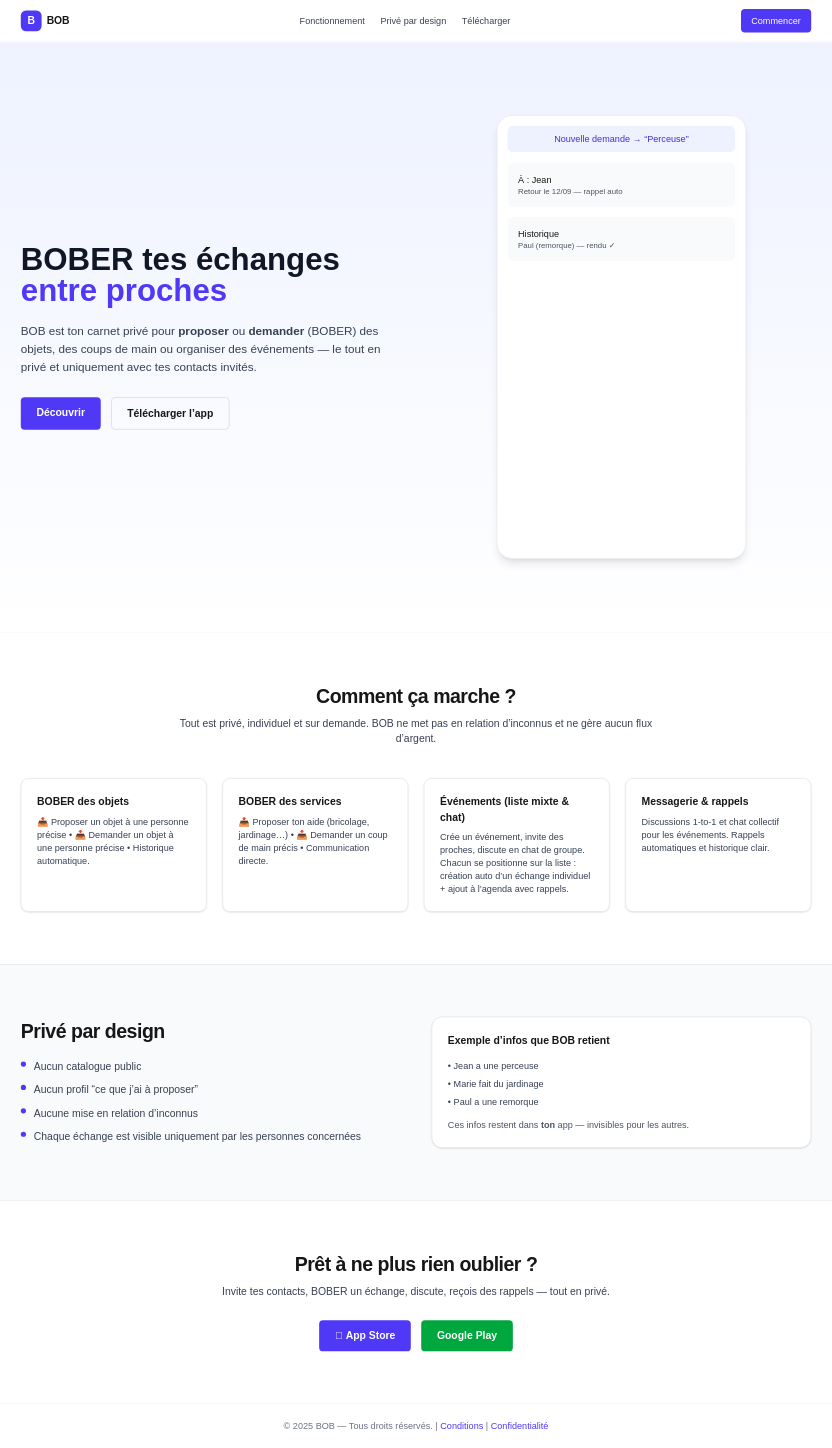
Repository: JeanCharlesMEILLAND/new-bob
Page: /
These files come from the project's save history. The page is drawn as it stood at one moment and after the next save; the edit follows.
The browser window is 1280 px wide. The pictures show the whole page, at 65% of full size.
The project was rebuilt for these pictures with package versions that can differ from the ones it lists, and the page was loaded fresh each time. The framework's server and built-in components were replaced by stand-ins that run in the browser. Also part of the build but not shown: next.config.ts.

Above is the page before, as saved 2025-08-11 23:57:20.

### src/app/layout.tsx
import type { Metadata } from "next";
import Link from "next/link";
import "./globals.css";

export const metadata: Metadata = {
  title: "BOB — BOBER tes échanges privés entre proches",
  description:
    "BOB est un pense-bête privé centré sur le concept de BOBER : proposer/demander des objets, coups de main et organiser des événements sur invitation. Zéro finance, zéro marketplace.",
};
6;
export default function RootLayout({
  children,
}: {
  children: React.ReactNode;
}) {
  return (
    <html lang="fr">
      <body className="antialiased text-gray-900">
        {/* HEADER STICKY */}
        <header className="sticky top-0 z-50 backdrop-blur bg-white/80 border-b border-gray-100">
          <div className="max-w-7xl mx-auto px-4 sm:px-6 lg:px-8 h-16 flex items-center justify-between">
            {/* Logo */}
            <Link href="/" className="flex items-center gap-2">
              <div className="h-8 w-8 rounded-lg bg-indigo-600 grid place-items-center text-white font-bold">
                B
              </div>
              <span className="font-semibold tracking-tight">BOB</span>
            </Link>

            {/* Navigation */}
            <nav className="hidden md:flex items-center gap-6">
              <a
                href="#fonctionnement"
                className="text-sm text-gray-700 hover:text-indigo-600"
              >
                Fonctionnement
              </a>
              <a
                href="#prive"
                className="text-sm text-gray-700 hover:text-indigo-600"
              >
                Privé par design
              </a>
              <a
                href="#telecharger"
                className="text-sm text-gray-700 hover:text-indigo-600"
              >
                Télécharger
              </a>
            </nav>

            {/* CTA */}
            <a
              href="#telecharger"
              className="px-4 py-2 rounded-md bg-indigo-600 text-white text-sm font-medium hover:bg-indigo-700"
            >
              Commencer
            </a>
          </div>
        </header>

        {/* CONTENU */}
        {children}

        <footer className="py-6 border-t border-gray-100 text-center text-sm text-gray-500">
          © {new Date().getFullYear()} BOB — Tous droits réservés. |
          <Link
            href="/conditions-utilisation"
            className="text-indigo-600 hover:underline ml-1"
          >
            Conditions
          </Link>{" "}
          |{" "}
          <Link
            href="/confidentialite"
            className="text-indigo-600 hover:underline"
          >
            Confidentialité
          </Link>
        </footer>
      </body>
    </html>
  );
}

### src/app/page.tsx
export default function Page() {
  return (
    <main>
      {/* Hero */}
      <section className="relative overflow-hidden bg-gradient-to-b from-indigo-50 to-white">
        <div className="max-w-7xl mx-auto px-4 sm:px-6 lg:px-8 py-20 lg:py-28 grid lg:grid-cols-2 gap-12 items-center">
          <div>
            <h1 className="text-4xl sm:text-5xl font-extrabold text-gray-900">
              BOBER tes échanges <span className="text-indigo-600">entre proches</span>
            </h1>
            <p className="mt-6 text-lg text-gray-700">
              BOB est ton carnet privé pour <strong>proposer</strong> ou <strong>demander</strong> (BOBER) des objets,
              des coups de main ou organiser des événements — le tout en privé et uniquement avec tes contacts invités.
            </p>
            <div className="mt-8 flex flex-wrap gap-4">
              <a
                href="#fonctionnement"
                className="px-6 py-3 rounded-md bg-indigo-600 text-white font-semibold hover:bg-indigo-700"
              >
                Découvrir
              </a>
              <a
                href="#telecharger"
                className="px-6 py-3 rounded-md border border-gray-300 font-semibold hover:bg-gray-50"
              >
                Télécharger l’app
              </a>
            </div>
          </div>
          <div className="relative">
            <div className="aspect-[9/16] w-72 sm:w-80 md:w-96 mx-auto rounded-3xl border border-gray-200 bg-white shadow-lg p-4">
              <div className="h-10 rounded-lg bg-indigo-50 grid place-items-center text-indigo-700 text-sm font-medium">
                Nouvelle demande → “Perceuse”
              </div>
              <div className="mt-4 p-4 rounded-lg bg-gray-50">
                <p className="text-sm font-medium">À : Jean</p>
                <p className="text-xs text-gray-600">Retour le 12/09 — rappel auto</p>
              </div>
              <div className="mt-4 p-4 rounded-lg bg-gray-50">
                <p className="text-sm font-medium">Historique</p>
                <p className="text-xs text-gray-600">Paul (remorque) — rendu ✓</p>
              </div>
            </div>
          </div>
        </div>
      </section>

      {/* Fonctionnement */}
      <section id="fonctionnement" className="py-20 border-t border-gray-100">
        <div className="max-w-7xl mx-auto px-4 sm:px-6 lg:px-8">
          <div className="text-center max-w-3xl mx-auto">
            <h2 className="text-3xl font-bold tracking-tight">Comment ça marche ?</h2>
            <p className="mt-3 text-gray-700">
              Tout est privé, individuel et sur demande. BOB ne met pas en relation d’inconnus et ne gère aucun flux d’argent.
            </p>
          </div>

          <div className="mt-12 grid gap-6 sm:grid-cols-2 lg:grid-cols-4">
            {[
              {
                title: "BOBER des objets",
                desc: "📤 Proposer un objet à une personne précise • 📥 Demander un objet à une personne précise • Historique automatique.",
              },
              {
                title: "BOBER des services",
                desc: "📤 Proposer ton aide (bricolage, jardinage…) • 📥 Demander un coup de main précis • Communication directe.",
              },
              {
                title: "Événements (liste mixte & chat)",
                desc: "Crée un événement, invite des proches, discute en chat de groupe. Chacun se positionne sur la liste : création auto d’un échange individuel + ajout à l’agenda avec rappels.",
              },
              {
                title: "Messagerie & rappels",
                desc: "Discussions 1-to-1 et chat collectif pour les événements. Rappels automatiques et historique clair.",
              },
            ].map((f) => (
              <div key={f.title} className="rounded-xl border border-gray-200 bg-white p-6 shadow-sm">
                <h3 className="font-semibold">{f.title}</h3>
                <p className="mt-2 text-sm text-gray-700">{f.desc}</p>
              </div>
            ))}
          </div>
        </div>
      </section>

      {/* Privé par design */}
      <section id="prive" className="py-20 bg-gray-50 border-y border-gray-200">
        <div className="max-w-7xl mx-auto px-4 sm:px-6 lg:px-8 grid lg:grid-cols-2 gap-12 items-center">
          <div>
            <h2 className="text-3xl font-bold tracking-tight">Privé par design</h2>
            <ul className="mt-6 space-y-3 text-gray-700">
              {[
                "Aucun catalogue public",
                "Aucun profil “ce que j’ai à proposer”",
                "Aucune mise en relation d’inconnus",
                "Chaque échange est visible uniquement par les personnes concernées",
              ].map((item) => (
                <li key={item} className="flex gap-3">
                  <span className="mt-1 inline-block h-2 w-2 bg-indigo-600 rounded-full" />
                  <span>{item}</span>
                </li>
              ))}
            </ul>
          </div>
          <div className="rounded-2xl border border-gray-200 bg-white p-6 shadow-sm">
            <h3 className="font-semibold">Exemple d’infos que BOB retient</h3>
            <ul className="mt-4 space-y-2 text-sm text-gray-700">
              <li>• Jean a une perceuse</li>
              <li>• Marie fait du jardinage</li>
              <li>• Paul a une remorque</li>
            </ul>
            <p className="mt-4 text-sm text-gray-600">
              Ces infos restent dans <strong>ton</strong> app — invisibles pour les autres.
            </p>
          </div>
        </div>
      </section>

      {/* CTA */}
      <section id="telecharger" className="py-20 text-center">
        <h2 className="text-3xl font-bold tracking-tight">Prêt à ne plus rien oublier ?</h2>
        <p className="mt-3 text-gray-700">
          Invite tes contacts, BOBER un échange, discute, reçois des rappels — tout en privé.
        </p>
        <div className="mt-8 flex flex-wrap justify-center gap-4">
          <a
            href="#"
            className="px-6 py-3 rounded-md bg-indigo-600 text-white font-semibold hover:bg-indigo-700"
          >
             App Store
          </a>
          <a
            href="#"
            className="px-6 py-3 rounded-md bg-green-600 text-white font-semibold hover:bg-green-700"
          >
            Google Play
          </a>
        </div>
      </section>
    </main>
  );
}

Loaded but not shown: src/app/globals.css (common file)

After the next save:
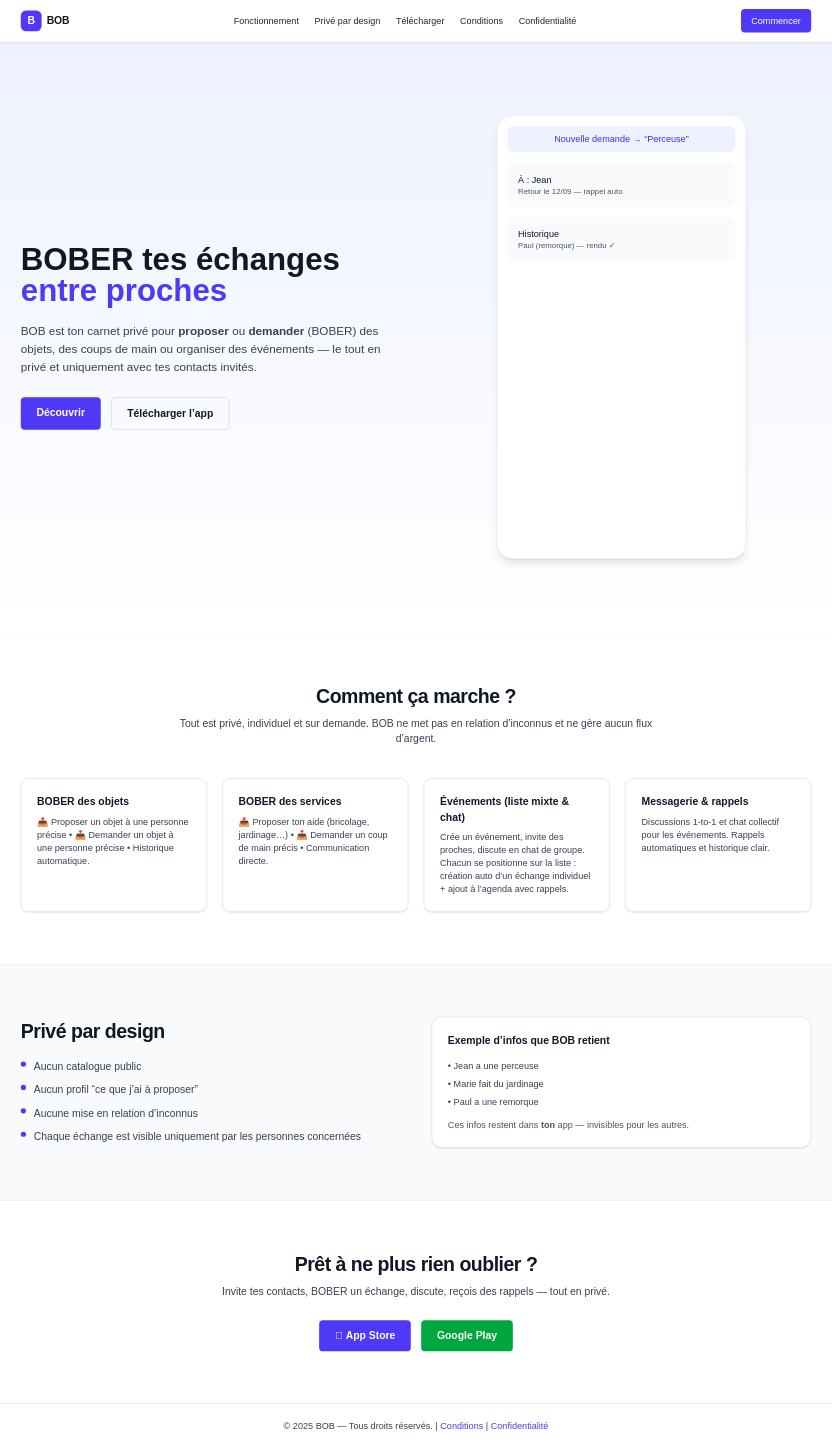
Saved 92 s later.
--- a/src/app/layout.tsx
+++ b/src/app/layout.tsx
@@ -3,21 +3,45 @@
 import "./globals.css";
 
 export const metadata: Metadata = {
-  title: "BOB — BOBER tes échanges privés entre proches",
+  title: "BOB — Carnet privé d’échanges entre proches",
   description:
-    "BOB est un pense-bête privé centré sur le concept de BOBER : proposer/demander des objets, coups de main et organiser des événements sur invitation. Zéro finance, zéro marketplace.",
+    "BOB est un pense-bête privé pour proposer ou demander (BOBER) des objets ou coups de main entre contacts invités, en toute confidentialité. Aucun flux d'argent, aucun catalogue public.",
+  metadataBase: new URL("https://www.bobapp.fr"), // à remplacer par ton domaine réel
+  openGraph: {
+    title: "BOB — Carnet privé d’échanges entre proches",
+    description:
+      "Gérez vos échanges d'objets et coups de main entre proches avec messagerie, rappels et événements privés. 100% confidentiel.",
+    url: "https://www.bobapp.fr",
+    siteName: "BOB",
+    images: [
+      {
+        url: "/og-bob.png", // placer ton image dans public/
+        width: 1200,
+        height: 630,
+        alt: "BOB — Carnet privé d’échanges entre proches",
+      },
+    ],
+    locale: "fr_FR",
+    type: "website",
+  },
+  twitter: {
+    card: "summary_large_image",
+    title: "BOB — Carnet privé d’échanges entre proches",
+    description:
+      "Proposez, demandez, organisez : BOB gère vos échanges entre proches en toute confidentialité.",
+    images: ["/og-bob.png"],
+  },
+  alternates: {
+    canonical: "https://www.bobapp.fr",
+  },
 };
-6;
-export default function RootLayout({
-  children,
-}: {
-  children: React.ReactNode;
-}) {
+
+export default function RootLayout({ children }: { children: React.ReactNode }) {
   return (
     <html lang="fr">
-      <body className="antialiased text-gray-900">
+      <body className="antialiased bg-white text-gray-900">
         {/* HEADER STICKY */}
-        <header className="sticky top-0 z-50 backdrop-blur bg-white/80 border-b border-gray-100">
+        <header className="sticky top-0 z-50 backdrop-blur bg-white/95 border-b border-gray-200 shadow-sm">
           <div className="max-w-7xl mx-auto px-4 sm:px-6 lg:px-8 h-16 flex items-center justify-between">
             {/* Logo */}
             <Link href="/" className="flex items-center gap-2">
@@ -29,30 +53,27 @@
 
             {/* Navigation */}
             <nav className="hidden md:flex items-center gap-6">
-              <a
-                href="#fonctionnement"
-                className="text-sm text-gray-700 hover:text-indigo-600"
-              >
+              <a href="#fonctionnement" className="text-sm text-gray-800 hover:text-indigo-700">
                 Fonctionnement
               </a>
-              <a
-                href="#prive"
-                className="text-sm text-gray-700 hover:text-indigo-600"
-              >
+              <a href="#prive" className="text-sm text-gray-800 hover:text-indigo-700">
                 Privé par design
               </a>
-              <a
-                href="#telecharger"
-                className="text-sm text-gray-700 hover:text-indigo-600"
-              >
+              <a href="#telecharger" className="text-sm text-gray-800 hover:text-indigo-700">
                 Télécharger
               </a>
+              <Link href="/conditions-utilisation" className="text-sm text-gray-800 hover:text-indigo-700">
+                Conditions
+              </Link>
+              <Link href="/confidentialite" className="text-sm text-gray-800 hover:text-indigo-700">
+                Confidentialité
+              </Link>
             </nav>
 
             {/* CTA */}
             <a
               href="#telecharger"
-              className="px-4 py-2 rounded-md bg-indigo-600 text-white text-sm font-medium hover:bg-indigo-700"
+              className="px-4 py-2 rounded-md bg-indigo-600 text-white text-sm font-medium hover:bg-indigo-700 focus:ring-2 focus:ring-offset-2 focus:ring-indigo-500"
             >
               Commencer
             </a>
@@ -60,21 +81,16 @@
         </header>
 
         {/* CONTENU */}
-        {children}
+        <main className="bg-white text-gray-900">{children}</main>
 
-        <footer className="py-6 border-t border-gray-100 text-center text-sm text-gray-500">
+        {/* FOOTER */}
+        <footer className="py-6 border-t border-gray-200 text-center text-sm text-gray-700">
           © {new Date().getFullYear()} BOB — Tous droits réservés. |
-          <Link
-            href="/conditions-utilisation"
-            className="text-indigo-600 hover:underline ml-1"
-          >
+          <Link href="/conditions-utilisation" className="text-indigo-600 hover:underline ml-1">
             Conditions
           </Link>{" "}
           |{" "}
-          <Link
-            href="/confidentialite"
-            className="text-indigo-600 hover:underline"
-          >
+          <Link href="/confidentialite" className="text-indigo-600 hover:underline">
             Confidentialité
           </Link>
         </footer>
